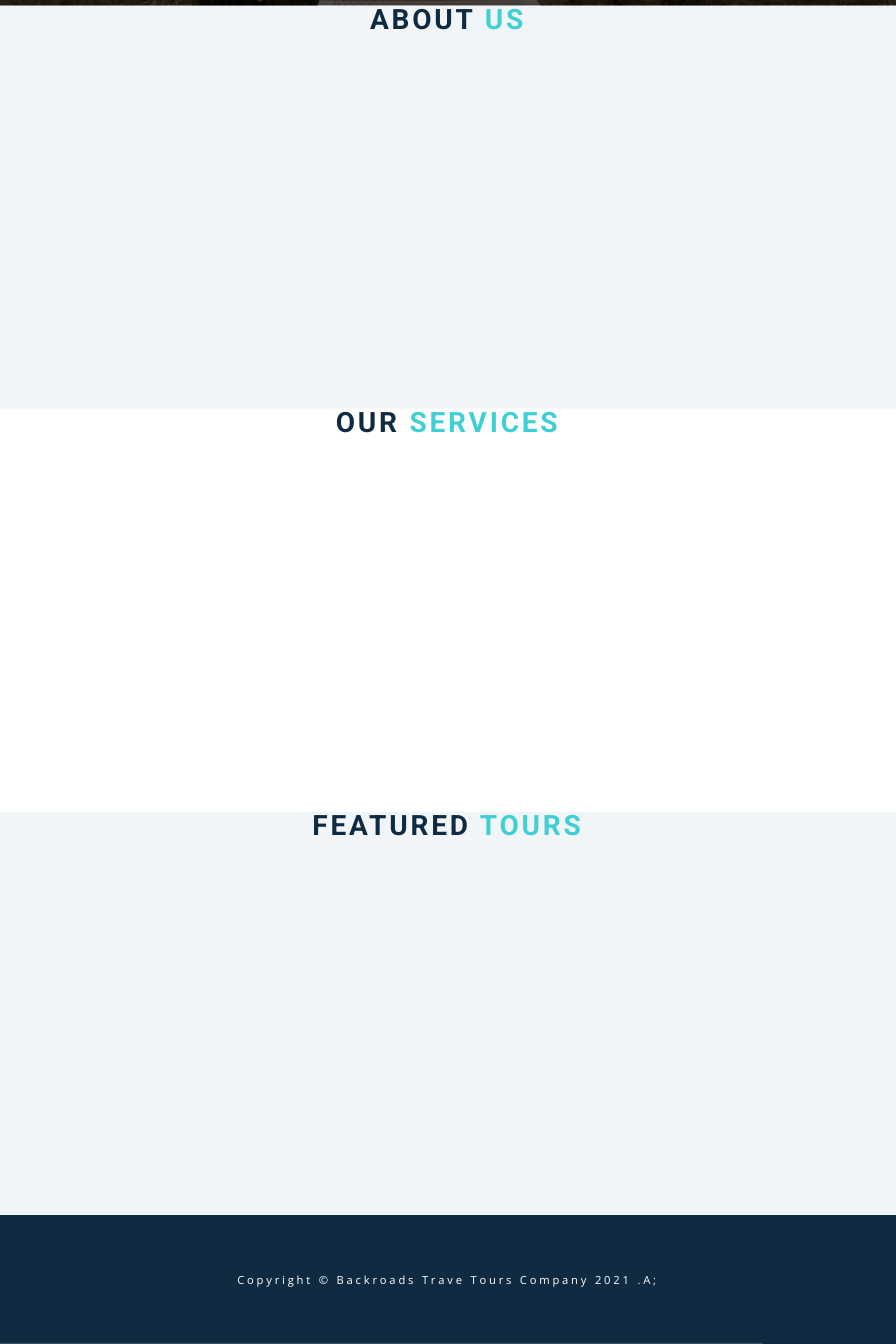
Repository: spidero7/Scroll
Page: index.html
These files come from the project's save history. The page is drawn as it stood at one moment and after a run of saves; the edit follows.
The browser window is 1280 px wide. The pictures show the part of the page from y = 794 to 2714 px (the page is 2714 px tall), at 70% of full size.
Some web libraries are served in a nearby version.

Above is the page before, as saved 2021-10-07 07:56:48.

After the next 3 saves:
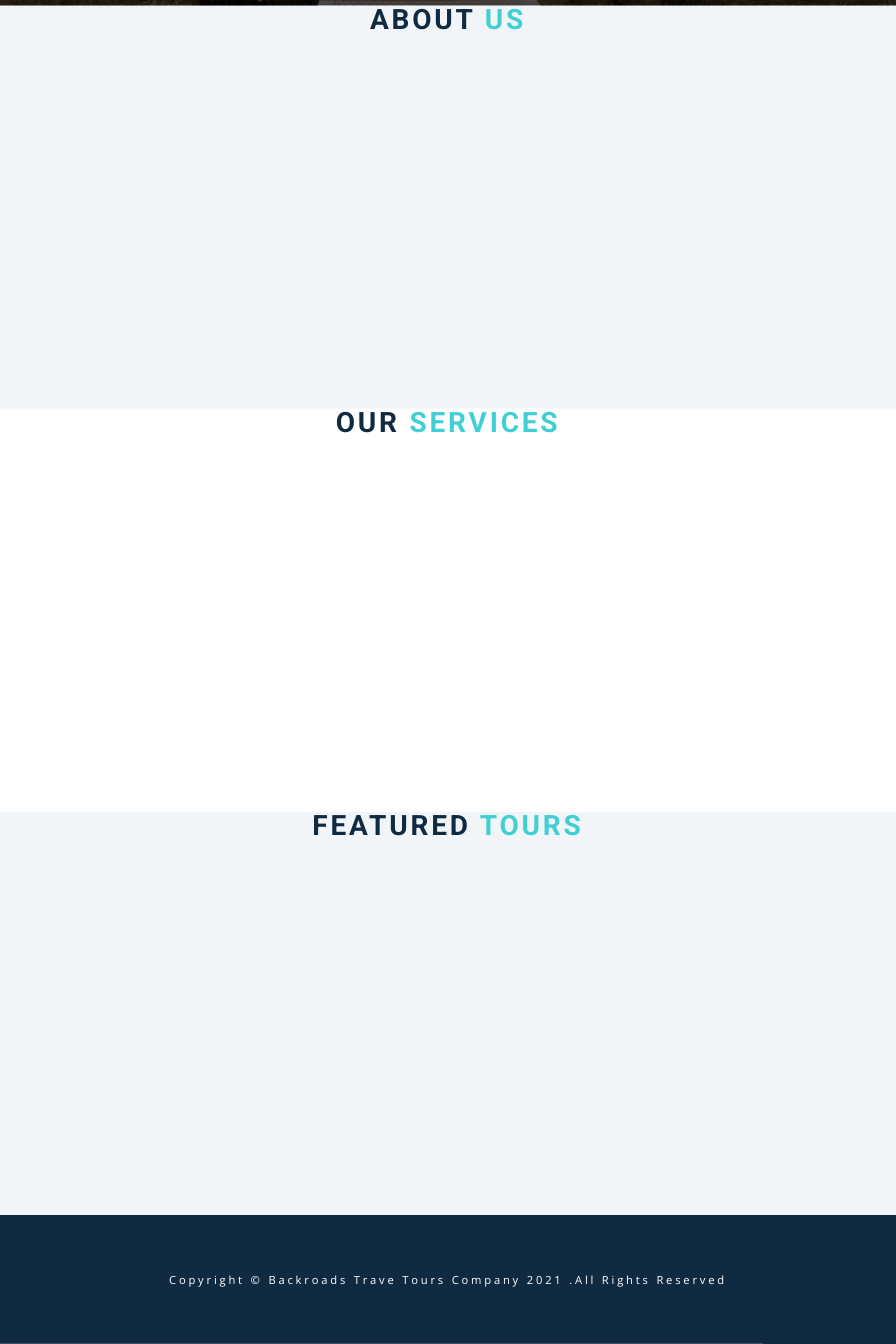
The 3 saves are shown as one change because they came seconds apart.
The last was saved 11 s later.
--- a/index.html
+++ b/index.html
@@ -78,7 +78,7 @@
         <p>
             copyright &copy; backroads trave tours company
             <span class="date">2021</span>
-            .a;
+            .all rights reserved
         </p>
     </footer>
     <script src="app.js"></script>
